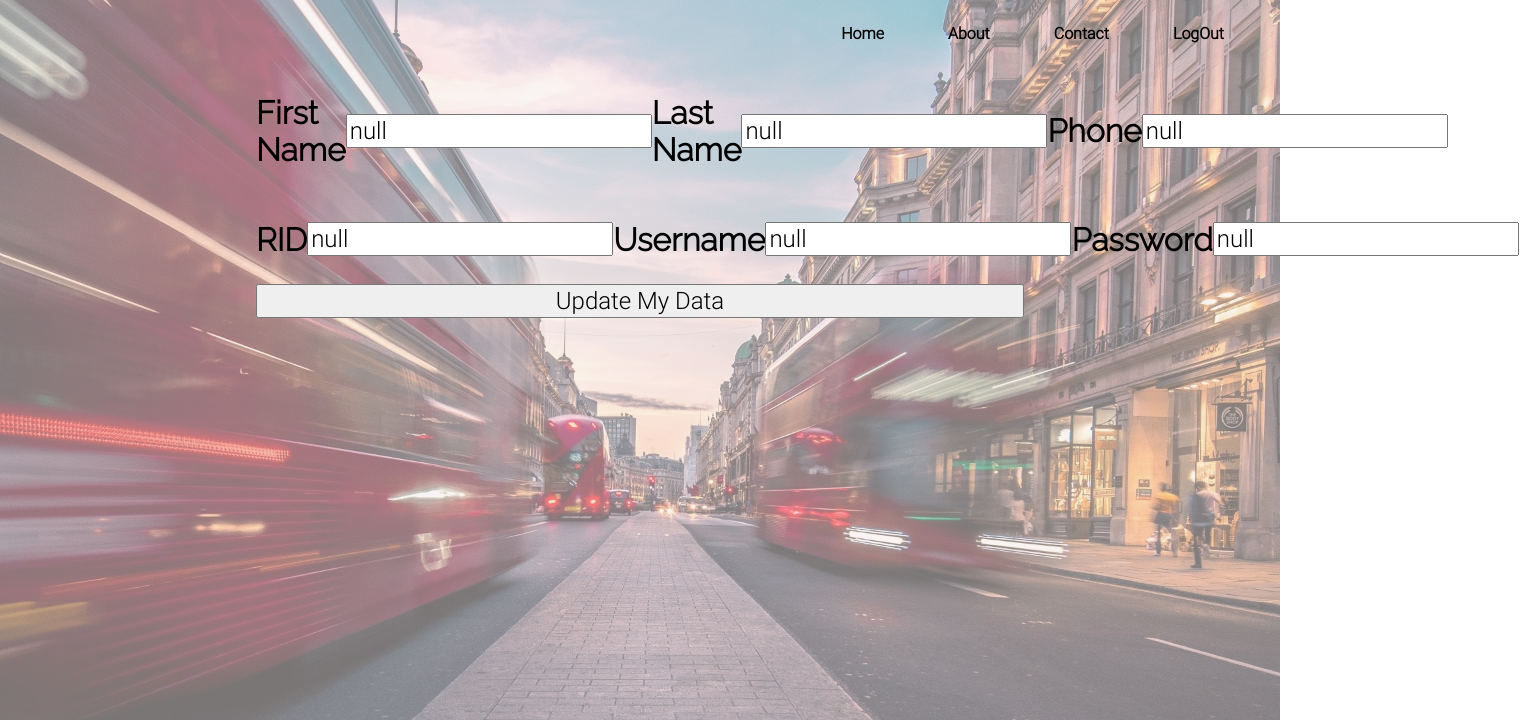
Repository: Savindushehan/RouteMaster-Group-project
Page: http://localhost/RouterMaster/Updateuserdetails.jsp
These files come from the project's save history. The page is drawn as it stood at one moment and after the next save; the edit follows.
The browser window is 1280 px wide. The page is 1519 px wide, then 1521 px, so the pictures cover 1521 px, including what lies to the right of the window. The pictures show the whole page.
The page is served by Tomcat 10. Other server files are loaded and not shown.

Above is the page before, as saved 2023-10-27 05:42:44.

### RouteMaster/RouterMaster/src/main/webapp/Updateuserdetails.jsp
<%@ page language="java" contentType="text/html; charset=UTF-8"
    pageEncoding="UTF-8"%>
<!DOCTYPE html>
<html>
<head>
<meta charset="UTF-8">
<title>Insert title here</title>
 <style>
          @font-face {
        font-family: 'Roboto-Light'; /* Font family name */
        src: url('Fonts/Roboto-Light.ttf') format('truetype'); /* URL to your font file */
        font-weight: normal;
        font-style: italic;
        }
        @font-face {
        font-family: 'Raleway-Light'; /* Font family name */
        src: url('Fonts/Raleway-Light.ttf') format('truetype'); /* URL to your font file */
        font-weight: normal;
        font-style: italic;
        }
        @font-face {
        font-family: 'Roboto-Bold'; /* Font family name */
        src: url('Fonts/Roboto-Bold.ttf') format('truetype'); /* URL to your font file */
        font-weight: normal;
        font-style: italic;
        }
        :root{
            --div-color1:#000000;
            --div-color2:#272702;
            --div-color3:#07FAFA;
            --div-color4:#FFFFFF;
        }
        a{
            text-decoration: none;
        }
         body{
            margin: 0;
            padding: 0;
			background-image: url('Images/background.jpg');
            background-size: cover;
            background-repeat: no-repeat;
            background-position: center;
            height: 100vh;

        }
        body::before {
          content: "";
          position: absolute;
          top: 0;
          left: 0;
          width: 100%;
          height: 100%;
          background-color: rgba(245, 236, 236, 0.5);
          z-index: -1;
        }
        .head{
            display: flex;
            flex-direction: row;
            justify-content: right;
        }
         header h3{
            color: var(--div-color1);
            font-size:1rem;
            margin-right: 3rem;
            cursor: grab;
            padding: 0.5rem;
            border-radius: 0.5rem;
            outline: none;
            font-family: 'Roboto-Light';
        }
        h1{
          font-size: 2.5rem;
          text-align: center;
          margin-top: 3rem;
        }
        .row1,.row2,.row3{
        width:100%;
        display: flex;
         flex-direction:row;
          justify-content: space-between;
        }
        .details{
         display: flex;
          flex-direction: column;
         justify-content: space-between;
       	 width:60vw;
        margin-left:auto;
        margin-right: auto;

        }
        .column1{
        	display:flex;
        	flex-direction:row;
        	align-items: center;
        }
        .column2{
        	display:flex;
        	flex-direction:row;
        	align-items: center;
        }
        h2{
         font-family: 'Raleway-Light';
          font-size: 2rem;
        }
        input{
         font-size: 1.5rem;
          font-family: 'Roboto-Light';
        }

    </style>
</head>
<body>
	 <header>
        <div class="head">
          <a href="Home.jsp"><h3 id="m1">Home</h3></a>
           <a href="AboutUs.jsp"><h3 id="m2">About</h3></a>
            <a href="ContactUS.jsp"><h3 id="m3">Contact</h3></a>
           <a href="login.jsp"><h3 id="m4">LogOut</h3></a>
        </div>
    </header>
	<main>
	<%
	String RID=request.getParameter("RID");
	String F_name=request.getParameter("F_name");
	String L_name=request.getParameter("L_name");
	String Phone=request.getParameter("Phone");
	String Username=request.getParameter("Username");
	String Password=request.getParameter("Password");
	%>

	<form action="updateuserServlet" method="post">
		 <div class="details">

                <div class="row1">

                    <div class="column1">
                        <h2>First Name</h2>
                        <input type="text" name="F_name" value="<%=F_name%>">
                    </div>
                    <div class="column2">
                        <h2>Last Name</h2>
                        <input type="text" name="L_name" value="<%=L_name%>">
                    </div>
                    <div class="column1">
                        <h2>Phone</h2>
                          <input type="text" name="Phone" value="<%=Phone%>">
                    </div>

                </div>
                <div class="row2">

                    <div class="column2">
                       	<h2>RID</h2>
                        <input type="text" name="RID" value="<%=RID%>" readonly>
                    </div>
                    <div class="column1">
                        <h2>Username</h2>
                         <input type="text" name="Username" value="<%=Username%>">
                    </div>
                    <div class="column2">
                        <h2>Password</h2>
                          <input type="text" name="Password" value="<%=Password%>">
                    </div>
                </div>



                <input type="submit" name="btn" id="btn" value="Update My Data">
            </div>
	</form>
	</main>

</body>
</html>

After the next save:
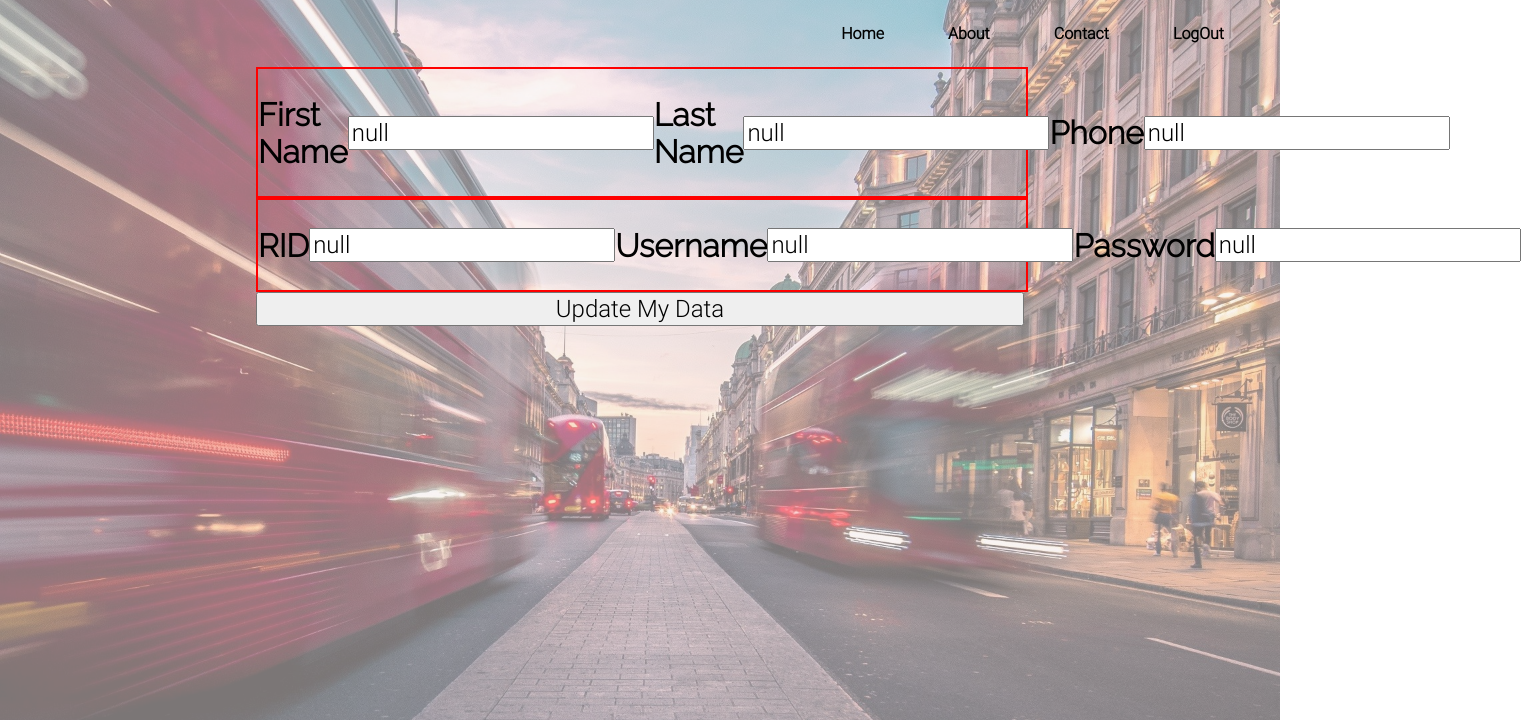
Saved 25 s later.
--- a/RouteMaster/RouterMaster/src/main/webapp/Updateuserdetails.jsp
+++ b/RouteMaster/RouterMaster/src/main/webapp/Updateuserdetails.jsp
@@ -78,6 +78,7 @@
         display: flex;
          flex-direction:row;
           justify-content: space-between;
+          border:2px solid red;
         }
         .details{
          display: flex;
